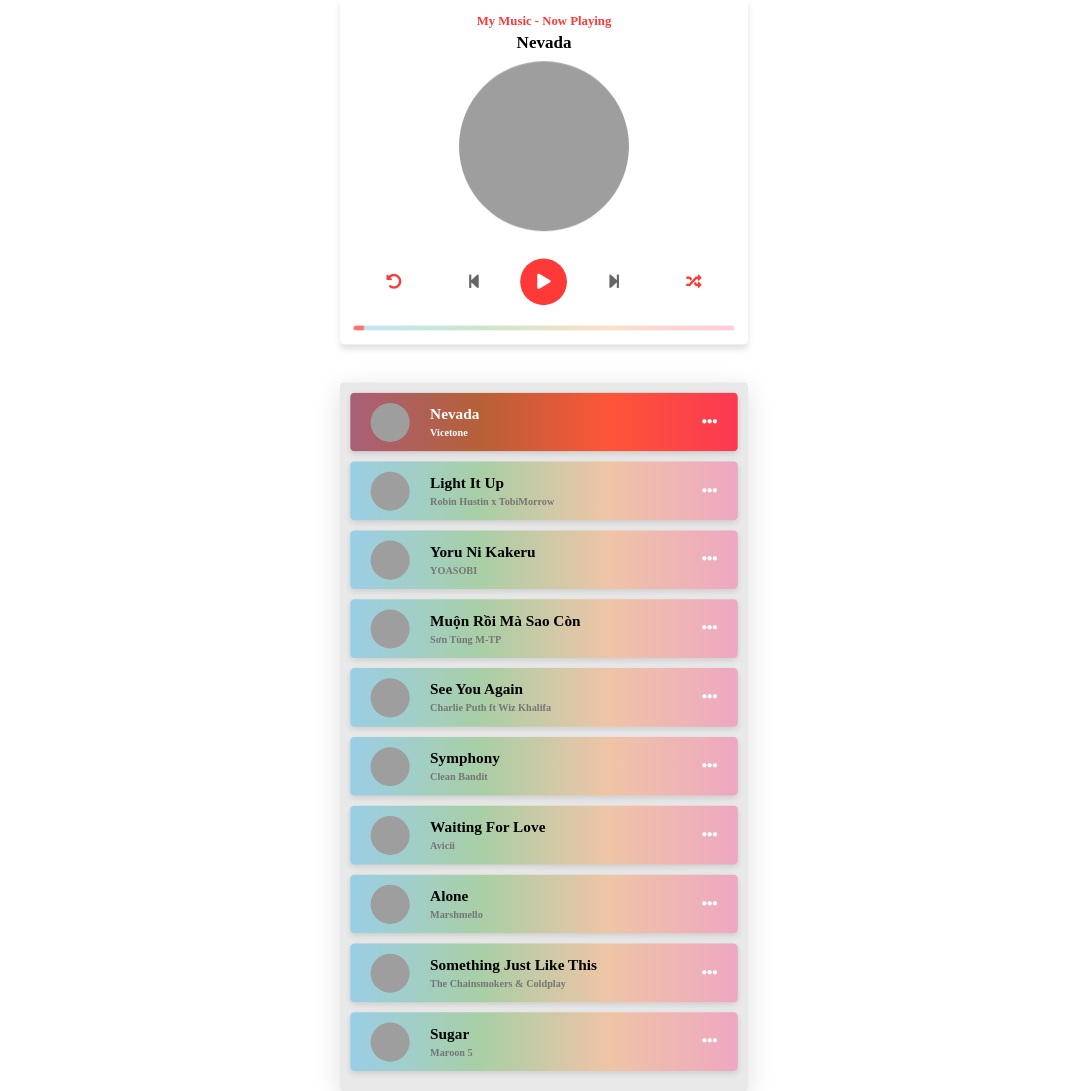
Repository: NguyenMinhChau/music-player1
Page: index.html
An editor plug-in stored every save of this project. The page is shown before and after the next save, followed by the edit.
The browser window is 1280 px wide. The pictures show the whole page, at 85% of full size.
Pictures or frames that could not be fetched are drawn as grey boxes.

Above is the page before, as saved 2021-08-28 20:12:23.

After the next save:
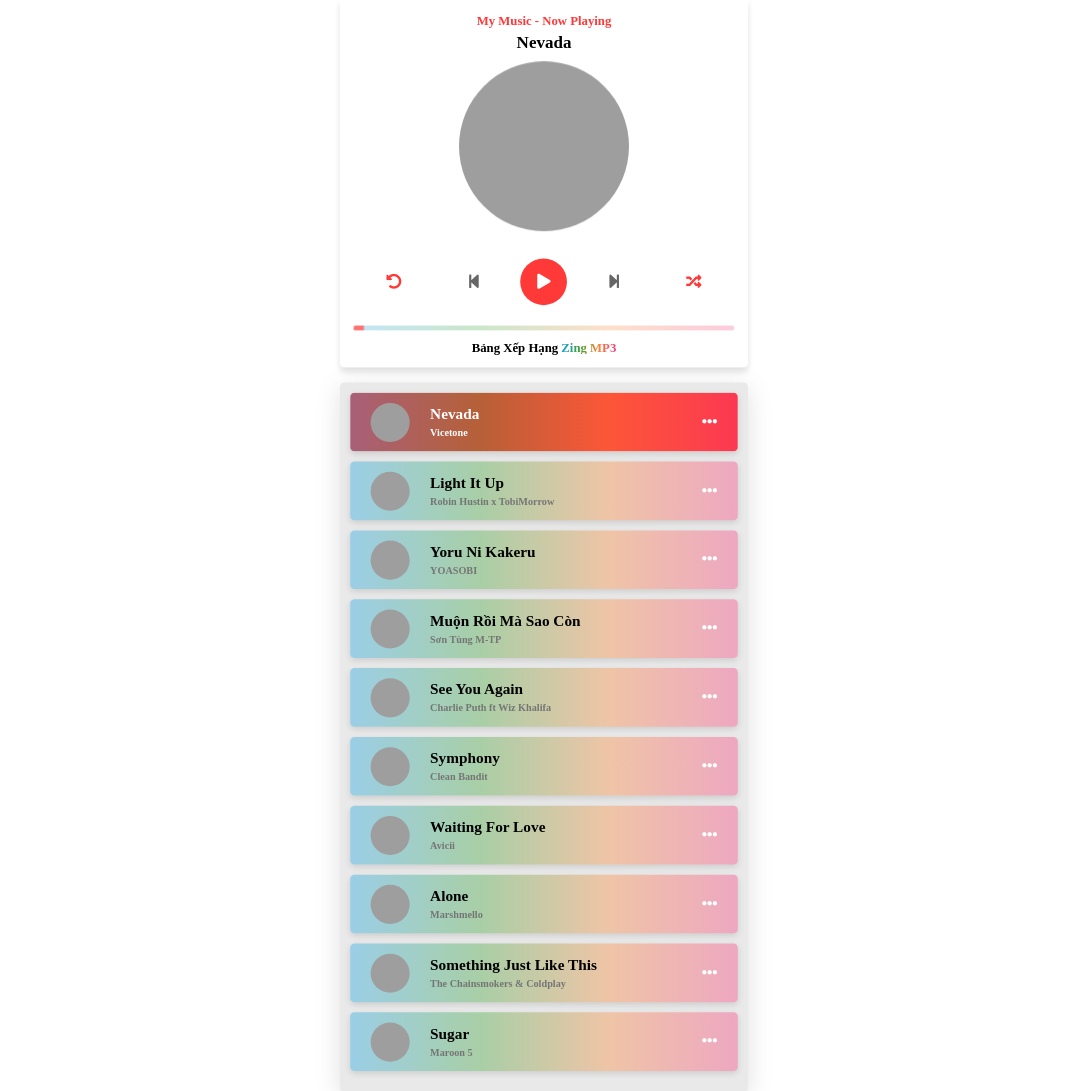
Saved 19 s later.
--- a/index.html
+++ b/index.html
@@ -41,7 +41,7 @@
                 </div>
             </div>
             <input id="progress" class="progress" type="range" value="0" step="1" min="0" max="100" />
-
+            <h5 class="dashboard-h5">Bảng Xếp Hạng <span class="zing">Zing MP3</span> <span id="year"></span></h5>
             <audio id="audio" src=""></audio>
         </div>
         <div class="playlist"></div>
